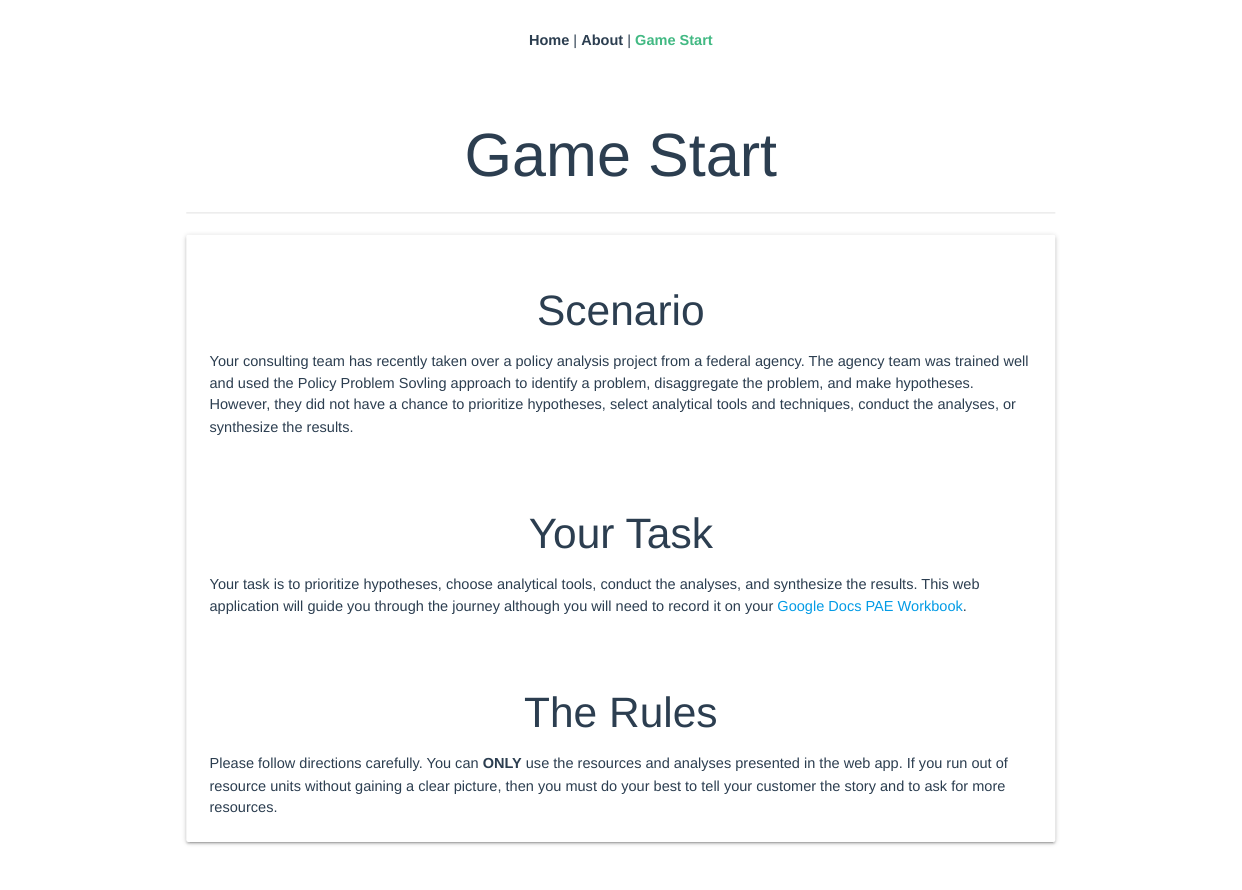
Repository: gallard28/posc4210app
Page: /#/start
An editor plug-in stored every save of this project. The page is shown before and after the next save, followed by the edit.
The browser window is 1280 px wide. The pictures show the whole page, at 97% of full size.
The project was rebuilt for these pictures with package versions that can differ from the ones it lists, and the page was loaded fresh each time. Also part of the build but not shown: src/views/Home.vue.

Above is the page before, as saved 2020-09-20 19:00:42.

After the next save:
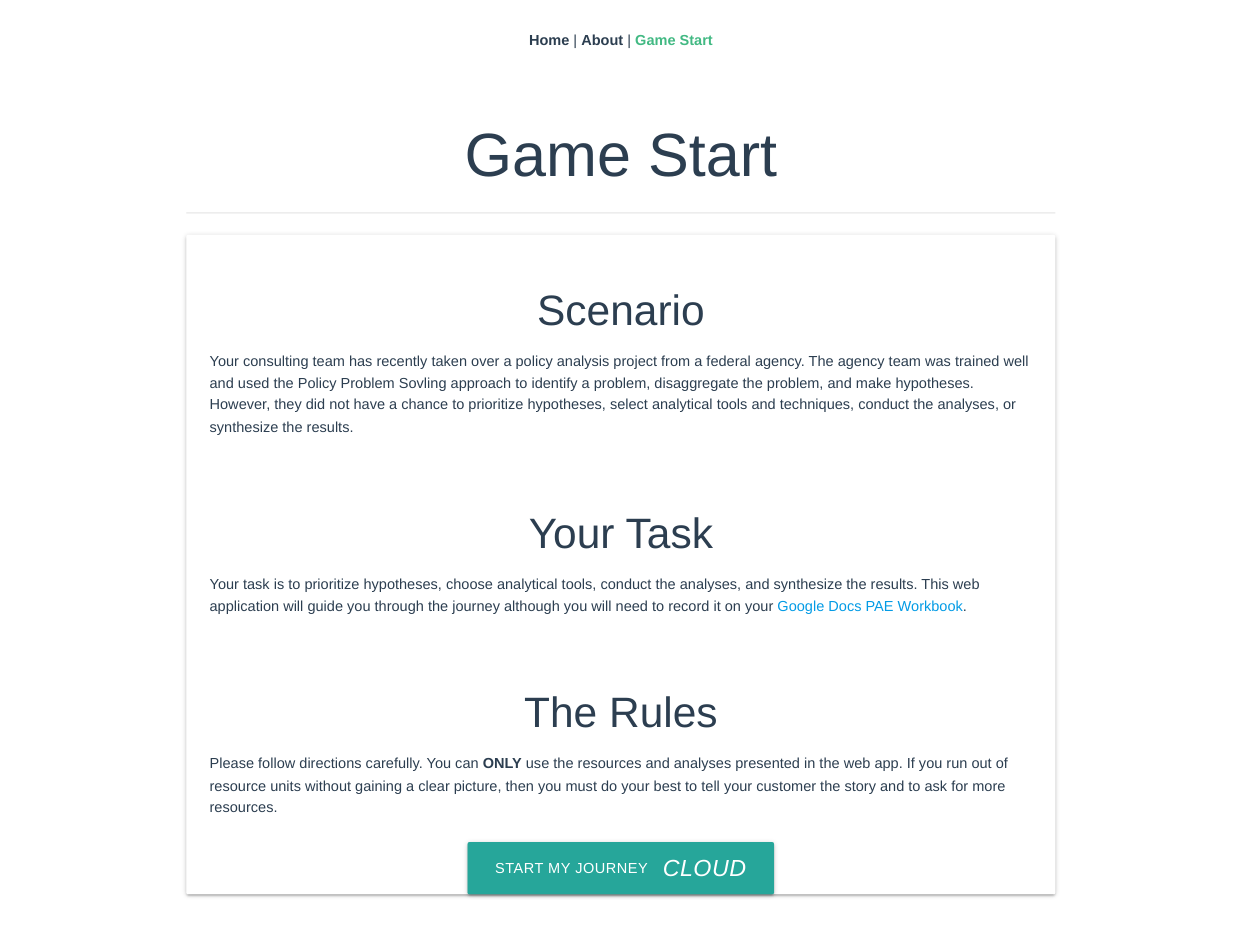
Saved 76 s later.
--- a/src/views/Start.vue
+++ b/src/views/Start.vue
@@ -19,6 +19,9 @@
               Please follow directions carefully. You can <b>ONLY</b> use the resources and analyses presented in the web app. If you run out of resource units without gaining a clear picture, then you must do your best to tell your customer the story and to ask for more resources.
             </p>
           </div>
+          <div class="start-button">
+            <a class="waves-effect waves-light btn-large"><i class="material-icons right">cloud</i>Start My Journey</a>
+          </div>
         </div>
       </div>
 
